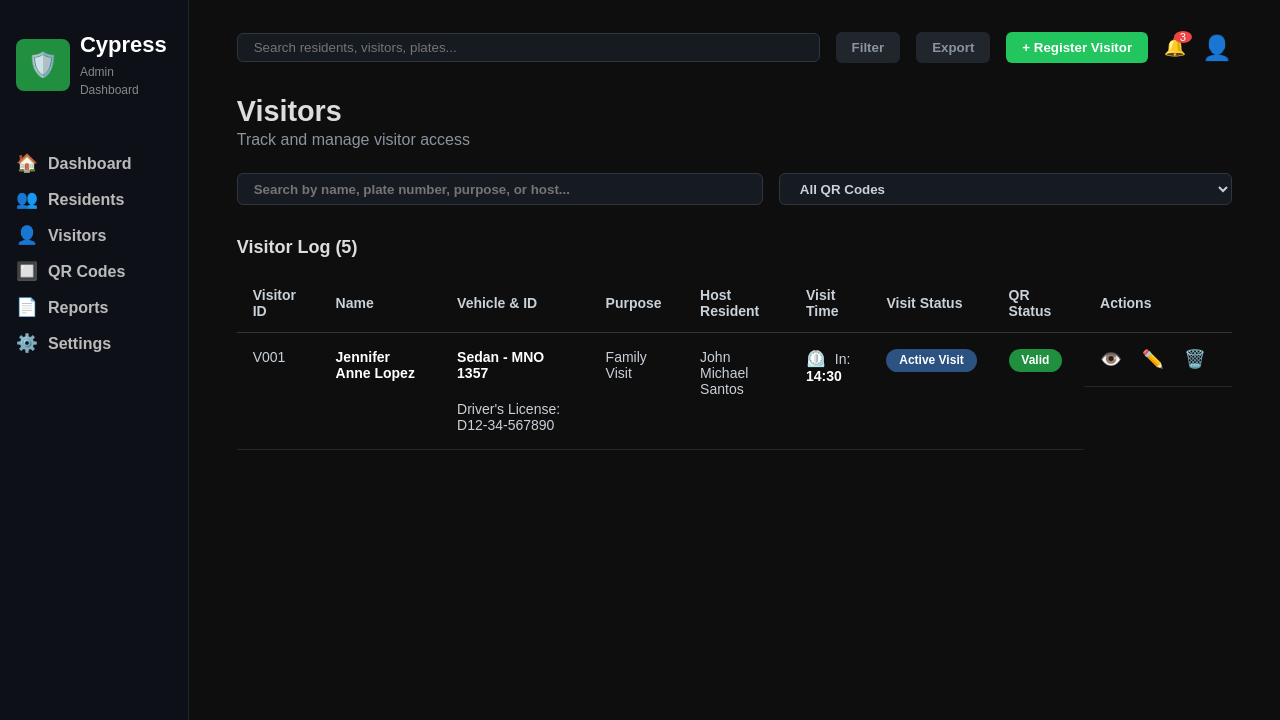
Repository: camuramon/my-project
Page: templates/admin/visitors.html
The author's editor kept a copy of each file at every save. The page is drawn from the files as they stood at one save, then again after the next save.
The browser window is 1280 px wide. The pictures show the whole page.
The template is drawn by Flask 3. The application's start-up code is not run. The template is opened directly, without the code that normally fills it, so the values that code supplies are empty.

Above is the page before, as saved 2025-08-31 04:58:57.

After the next save:
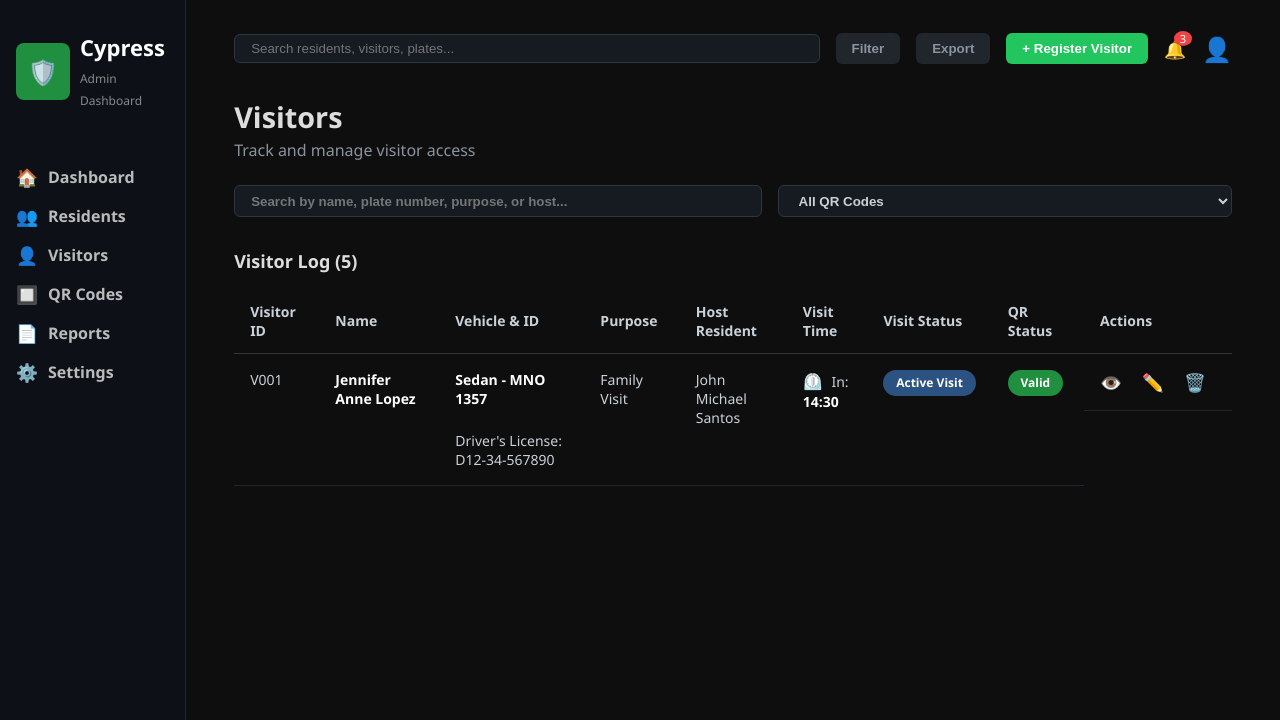
Saved 75 s later.
--- a/static/css/visitor.css
+++ b/static/css/visitor.css
@@ -1,9 +1,8 @@
 /* Reset and base styles */
 * {
+    box-sizing: border-box;
     margin: 0;
     padding: 0;
-    box-sizing: border-box;
-    font-family: 'Poppins', sans-serif;
 }
 
 body {
